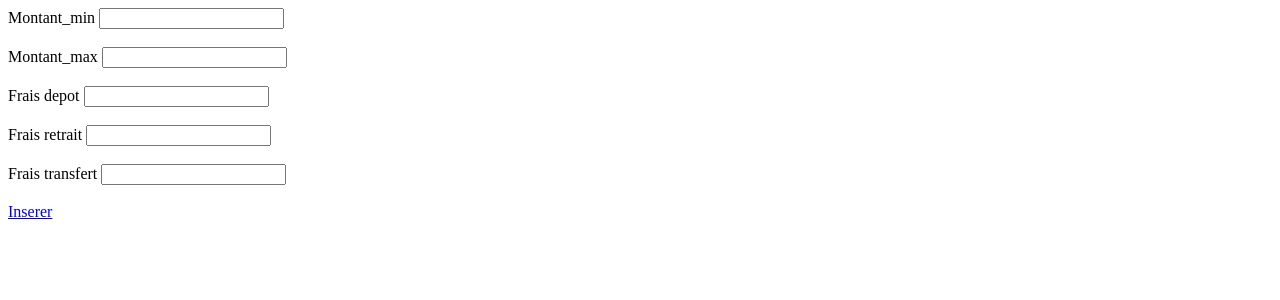
Repository: mitantsoa1/cash
Page: http://localhost/Views/Back/frais.php
These files come from the project's save history. The page is drawn as it stood at one moment and after the next save; the edit follows.
The browser window is 1280 px wide. The pictures show the whole page.
The page is run by PHP 8.4 with error messages shown; the project is at /var/www/html/.

Above is the page before, as saved 2021-01-18 14:00:56.
Console error: SyntaxError: Unexpected token '<'

After the next save:
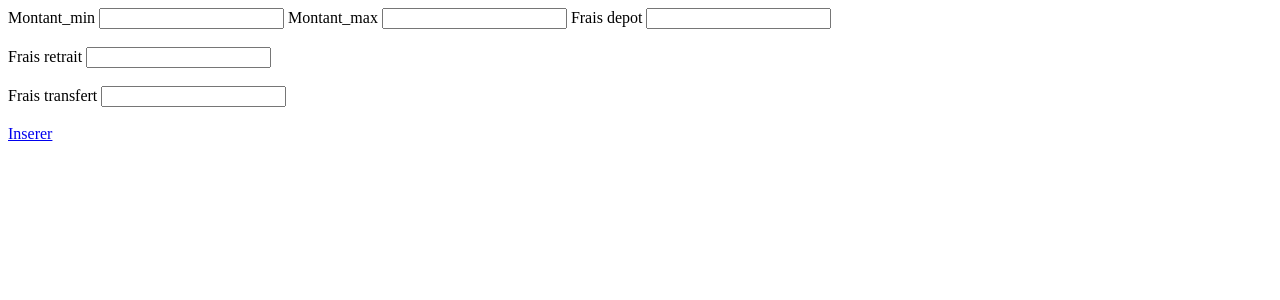
Saved 56 s later.
--- a/Views/Back/frais.php
+++ b/Views/Back/frais.php
@@ -46,11 +46,11 @@
 		<form class="form-group" id="form_frais">
 			<input type="hidden" id="id_frais">
 				<label>Montant_min</label>
-					<input type="tel" name="montant_min" id="montant_min" class="form-control " required><br><br>
+					<input type="tel" name="montant_min" id="montant_min" class="form-control " required>
 
 				<label>Montant_max</label>
 
-					<input type="tel" name="montant_max" id="montant_max"  class="form-control " required><br><br>
+					<input type="tel" name="montant_max" id="montant_max"  class="form-control " required>
 				<label>Frais depot</label>
 					<input type="tel"  name="frais_d" id="frais_d"  class="form-control frD" required><br><br>
 
